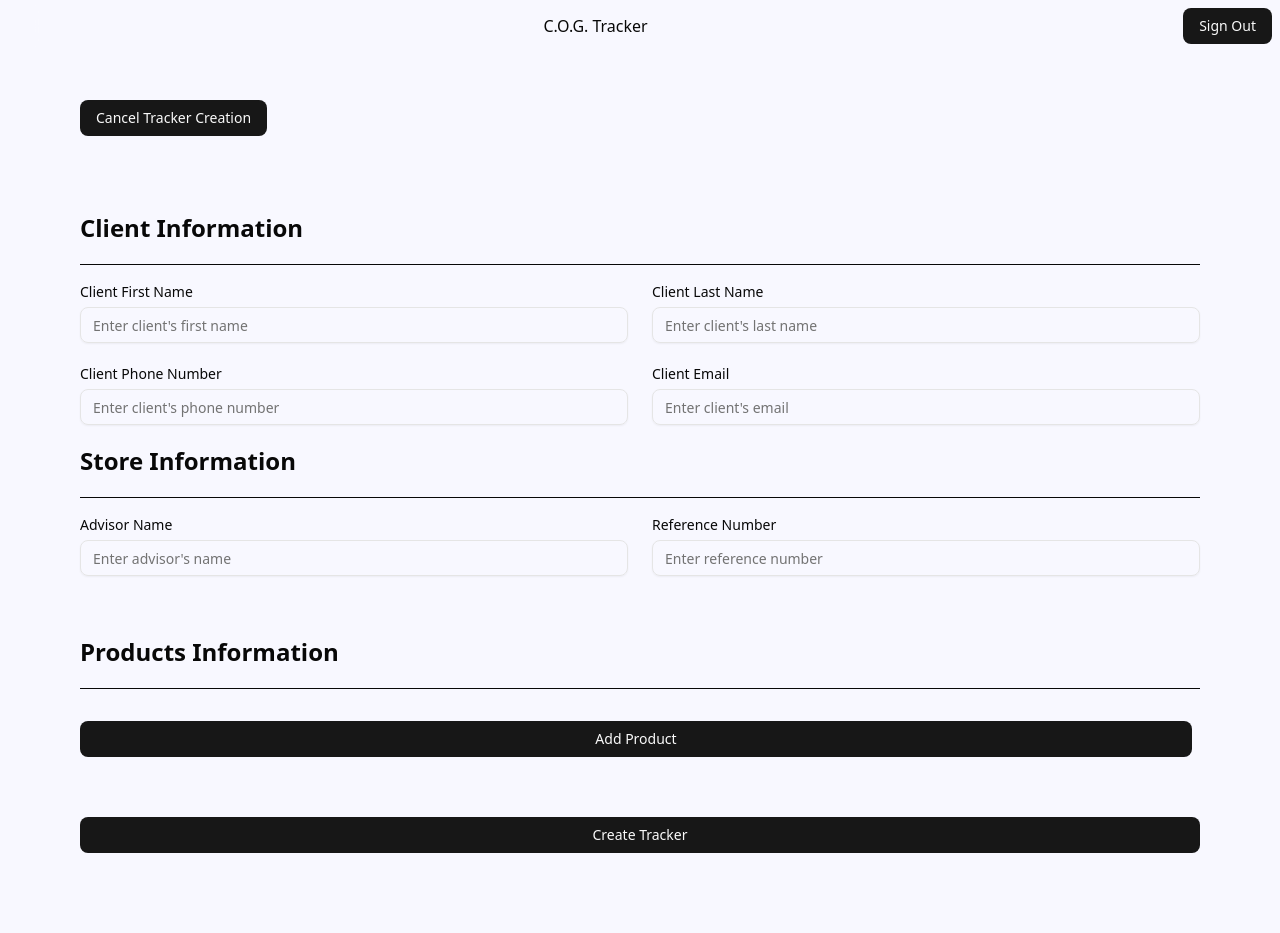
Repository: Renzo-Salosagcol/cog_tracker
Page: /dashboard/add-tracker
An editor plug-in stored every save of this project. The page is shown before and after the next save, followed by the edit.
The browser window is 1280 px wide. The pictures show the whole page.
The page's requests for data from a server got no answer. The project was rebuilt for these pictures with package versions that can differ from the ones it lists, and the page was loaded fresh each time. The framework's server and built-in components were replaced by stand-ins that run in the browser. No one was signed in, and anything a server would have sent is missing. Also part of the build but not shown: next.config.ts.

Above is the page before, as saved 2026-01-16 19:41:29.

After the next save:
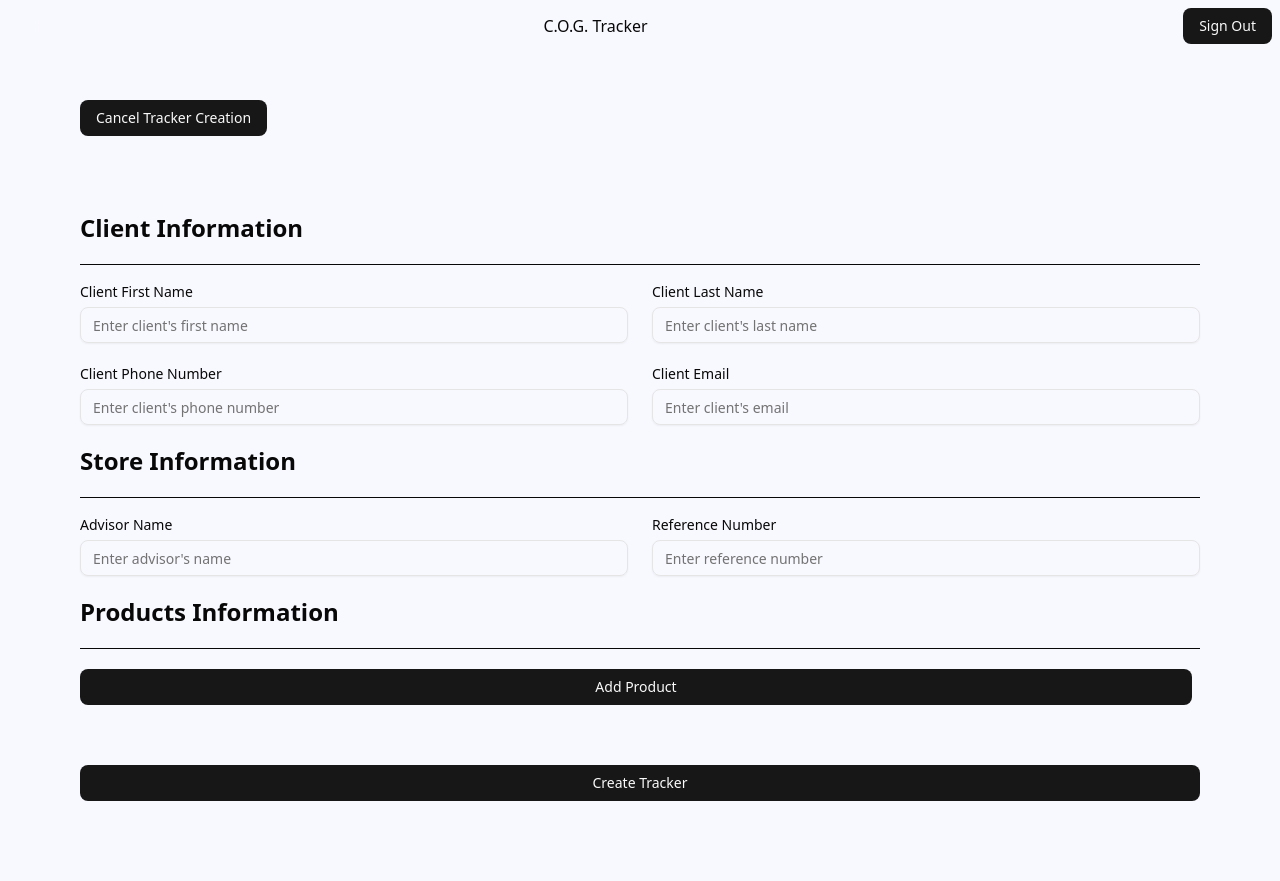
Saved 82 s later.
--- a/app/dashboard/add-tracker/page.tsx
+++ b/app/dashboard/add-tracker/page.tsx
@@ -198,8 +198,8 @@ export default function AddTrackerPage() {
               </div>
             </div>
             <div className="flex flex-col gap-4 space-y-1 my-5">
-              <Label className="text-2xl font-bold mt-10">Products Information</Label>
-              <Separator className="space-y-2 mb-4"/>
+              <Label className="text-2xl font-bold">Products Information</Label>
+              <Separator className="space-y-2"/>
               <Button onClick={incrementCount} className="mr-2">Add Product</Button>
             </div>
             <Button type="submit" className="w-full mt-10">Create Tracker</Button>
